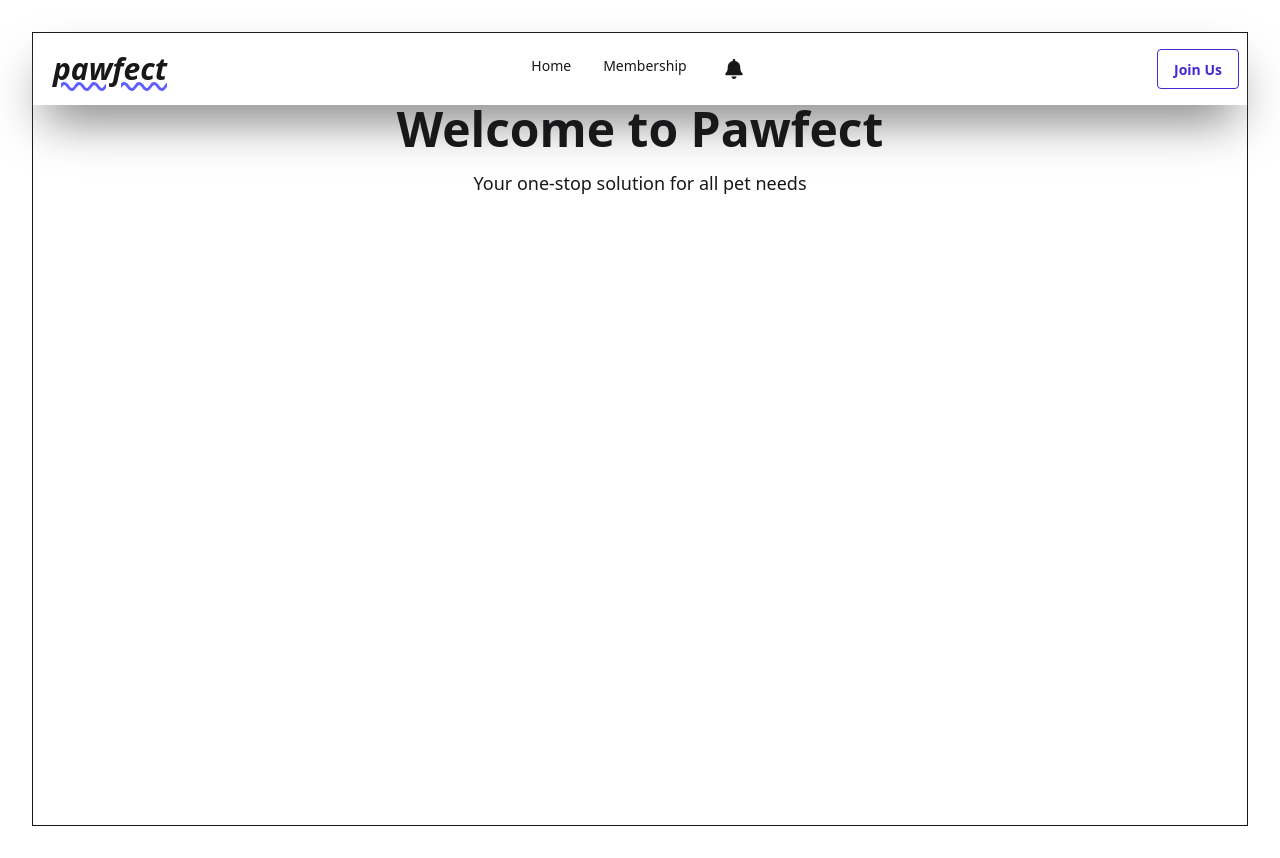
Repository: syedbayzid82849/DevForum_client_site
Page: /
An editor plug-in stored every save of this project. The page is shown before and after the next save, followed by the edit.
The browser window is 1280 px wide. The pictures show the whole page.
The project was rebuilt for these pictures with package versions that can differ from the ones it lists, and the page was loaded fresh each time. Also part of the build but not shown: vite.config.js, src/App.jsx, src/components/Navbar/JoinUsModal.jsx, src/pages/Authentication/Login.jsx, src/pages/Authentication/AuthLayout.jsx, src/pages/Authentication/Register.jsx.

Above is the page before, as saved 2025-07-08 22:50:53.

### src/main.jsx
import { StrictMode } from 'react'
import { createRoot } from 'react-dom/client'
import './index.css'
import App from './App.jsx'
import { RouterProvider } from 'react-router'
import router from './Routers/router.jsx'
import AuthProvider from './context/AuthProvider.jsx'

createRoot(document.getElementById('root')).render(
  <StrictMode>
    <AuthProvider>
      <RouterProvider router={router} />
    </AuthProvider>
  </StrictMode>,
)

### src/Routers/router.jsx
import React from 'react';
import { createBrowserRouter } from 'react-router';
import MainLayout from '../layouts/MainLayout/MainLayout';
import Login from '../pages/Authentication/Login';
import Home from '../pages/Home/Home';
import AuthLayout from '../pages/Authentication/AuthLayout';
import Register from '../pages/Authentication/Register';

const router = createBrowserRouter([
    {
        path: "/",
        element: <MainLayout></MainLayout>,
        children: [
            {
                index: true,
                element: <Home />,
            },
        ],
    },
    {
        path: "/",
        element: <AuthLayout />,
        children: [
            {
                path: "/login",
                element: <Login />,
            },
            {
                path: "/register",
                element: <Register />,
            },
        ],
    },
]);

export default router;

### src/context/AuthProvider.jsx
import React, { useEffect, useState } from 'react';
import { createUserWithEmailAndPassword, GithubAuthProvider, GoogleAuthProvider, onAuthStateChanged, signInWithEmailAndPassword, signInWithPopup, signOut, updateProfile } from "firebase/auth";
import { AuthContext } from '../context/AuthContext';
import { auth } from '../firebase/firebase.init';


const AuthProvider = ({ children }) => {
    const provider = new GoogleAuthProvider();
    // loading
    const [loading, setLoading] = useState(true);
    // user chack
    const [user, setUser] = useState(null);
    console.log(user);

    // create user with name, email, password, photoURL
    const createUserWithEP = (email, password) => {
        setLoading(true);
        return createUserWithEmailAndPassword(auth, email, password)
    }

    // log in user with email and password
    const loginUserWithEP = (email, password) => {
        setLoading(true);
        return signInWithEmailAndPassword(auth, email, password)
    }

    // sign in with google
    const userWithGoogle = () => {
        setLoading(true);
        return signInWithPopup(auth, provider)
    }


    // update user profile (new function)
    const updateUserProfile = (name, photo) => {
        setLoading(true);
        return updateProfile(auth.currentUser, {
            displayName: name,
            photoURL: photo
        });
    }

    // sign out user
    const signOutUser = () => {
        setLoading(true);
        return signOut(auth);
    }

    // // get all courses from the server
    // const getAllCourses = () => {
    //     setLoading(true);
    //     return axios.get('https://academix-hub-server.vercel.app/all-course')
    //         .then(response => {
    //             setLoading(false);
    //             return response.data;
    //         })
    //         .catch(error => {
    //             console.error("Error fetching courses:", error);
    //             throw error;
    //         });
    // }

    // user check
    useEffect(() => {
        const unsubscribe = onAuthStateChanged(auth, (currentUser) => {
            setUser(currentUser);
            setLoading(false);
        });
        return () => unsubscribe();
    }, []);



    const authInformation = {
        user,
        setUser,
        loading,
        setLoading,
        createUserWithEP,
        loginUserWithEP,
        userWithGoogle,
        updateUserProfile,
        signOutUser,
    };
    return (
        <AuthContext.Provider value={authInformation}>
            {children}
        </AuthContext.Provider>
    );
};

export default AuthProvider;

### src/layouts/MainLayout/MainLayout.jsx
import React from 'react';
import Navbar from '../../components/Navbar/Navbar';
import { Outlet } from 'react-router';

const MainLayout = () => {
    return (
        <div className=" mx-auto flex flex-col border">
            <Navbar />

            <main className="flex-1">
                <Outlet />
            </main>

            {/* <Footer /> */}
        </div>
    );
};

export default MainLayout;

### src/pages/Home/Home.jsx
import React from 'react';
import HeroSection from './HeroSection';

const Home = () => {
    return (
        <div className='min-h-screen max-w-7xl mx-auto flex flex-col px-4 lg:px-7 '>
            <HeroSection />
        </div>
    );
};

export default Home;

### src/firebase/firebase.init.js
// Import the functions you need from the SDKs you need
import { initializeApp } from "firebase/app";
import { getAuth } from "firebase/auth";

// TODO: Add SDKs for Firebase products that you want to use
// https://firebase.google.com/docs/web/setup#available-libraries

// Your web app's Firebase configuration
const firebaseConfig = {
    apiKey: import.meta.env.VITE_apiKey, // Use VITE_ prefix for environment variables in Vite
    authDomain: import.meta.env.VITE_authDomain, // Use VITE_ prefix for environment variables in Vite
    projectId: import.meta.env.VITE_projectId, // Use VITE_ prefix for environment variables in Vite
    storageBucket: import.meta.env.VITE_storageBucket, // Use VITE_ prefix for environment variables in Vite
    messagingSenderId: import.meta.env.VITE_messagingSenderId, // Use VITE_ prefix for environment variables in Vite
    appId: import.meta.env.VITE_appId // Use VITE_ prefix for environment variables in Vite
};

// Initialize Firebase
const app = initializeApp(firebaseConfig);


// Initialize Firebase Authentication and get a reference to the service
export const auth = getAuth(app);

### src/components/Navbar/Navbar.jsx
import { Link, NavLink } from "react-router";
import { FaBell, FaBars } from "react-icons/fa";
import { FiLogOut } from "react-icons/fi";
import { MdDashboard } from "react-icons/md";
import JoinUsModal from "./JoinUsModal";
import React, { useContext } from "react";
import { AuthContext } from "../../context/AuthContext";

const Navbar = () => {
    const { user , logOut } = useContext(AuthContext);
    // logout system
    const handleLogOut = () => {
        console.log("Logout clicked");
        logOut();
    };
    const navItems = (
        <>
            <li>
                <NavLink to="/" className="font-medium">Home</NavLink>
            </li>
            <li>
                <NavLink to="/membership" className="font-medium">Membership</NavLink>
            </li>
            {user && (
                <>
                    <li>
                        <NavLink to="/dashboard" className="font-medium flex items-center gap-1">
                            <MdDashboard />
                            Dashboard
                        </NavLink>
                    </li>
                    <li>
                        <button onClick={() => handleLogOut()} className="font-medium flex items-center gap-1">
                            <FiLogOut />
                            Logout
                        </button>
                    </li>
                </>
            )}
            <li>
                <button className="btn btn-ghost text-xl">
                    <FaBell />
                </button>
            </li>
        </>
    );
    const [isModalOpen, setIsModalOpen] = React.useState(false);


    return (
        <>
            <div className="bg-base-100 w-full  shadow-2xl shadow-neutral-500 ">
                <div className="navbar max-w-7xl mx-auto ">

                    {/* Navbar Start */}
                    <div className="navbar-start flex items-center gap-2">
                        {/* Hamburger Menu (Mobile only) */}
                        <div className="dropdown">
                            <div tabIndex={0} className="btn btn-ghost pl-2 lg:hidden">
                                <FaBars className="text-xl" />
                            </div>
                            <ul
                                tabIndex={0}
                                className="menu menu-sm dropdown-content mt-3 z-[50] p-3 shadow bg-base-100 rounded-box w-52 space-y-1"
                            >
                                {navItems}
                            </ul>
                        </div>

                        {/* Logo - large screen only */}
                        <Link to="/" className="hidden lg:flex justify-center items-center ml-1">
                            <span className="text-3xl font-semibold italic underline decoration-wavy decoration-indigo-500">
                                pawfect
                            </span>
                        </Link>
                    </div>

                    {/* Logo - small screen only */}
                    <div className="navbar-center lg:hidden">
                        <Link to="/" className="ml-2">
                            <span className="text-3xl font-semibold italic underline decoration-wavy decoration-indigo-500">
                                pawfect
                            </span>
                        </Link>
                    </div>

                    {/* Large screen nav menu */}
                    <div className="navbar-center hidden lg:flex">
                        <ul className="menu menu-horizontal px-1 space-x-2">{navItems}</ul>
                    </div>

                    {/* Navbar End - Profile Dropdown */}
                    <div className="navbar-end">
                        {user ? (
                            // Logged-in view: show profile dropdown
                            <div className="dropdown dropdown-end">
                                <div tabIndex={0} className="btn btn-circle avatar online">
                                    <img
                                        src={user.photoURL || "/src/assets/user-default.jpg"}
                                        alt="Profile"
                                        className="rounded-full w-10 h-10"
                                    />
                                </div>
                                <ul
                                    tabIndex={0}
                                    className="mt-3 z-[50] p-2 shadow menu menu-sm dropdown-content bg-base-100 rounded-box w-52"
                                >
                                    <li>
                                        <p className="text-sm text-center font-semibold">
                                            {user.displayName}
                                        </p>
                                    </li>
                                    <li>
                                        <Link to="/dashboard">
                                            <MdDashboard />
                                            Dashboard
                                        </Link>
                                    </li>
                                    <li>
                                        <button onClick={() => handleLogOut()} className="flex items-center gap-1">
                                            <FiLogOut />
                                            Logout
                                        </button>
                                    </li>
                                </ul>
                            </div>
                        ) : (
                            // Not logged in: show Join Us button
                            <button
                                onClick={() => setIsModalOpen(true)}
                                className="btn btn-outline btn-primary ">
                                Join Us
                            </button>
                        )}
                    </div>
                </div>
            </div>
            {/* Join Us Modal */}
            {isModalOpen && <JoinUsModal closeModal={() => setIsModalOpen(false)} />}
        </>
    );
};

export default Navbar;

### src/pages/Home/HeroSection.jsx
import React from 'react';

const HeroSection = () => {
    return (
        <div>
            <h1 className="text-5xl font-bold">Welcome to Pawfect</h1>
            <p className="mt-4 text-lg">Your one-stop solution for all pet needs</p>
        </div>
    );
};

export default HeroSection;

Loaded but not shown: index.html (common file); src/index.css (common file); src/App.css (common file); src/context/AuthContext.jsx (common file)

After the next save:
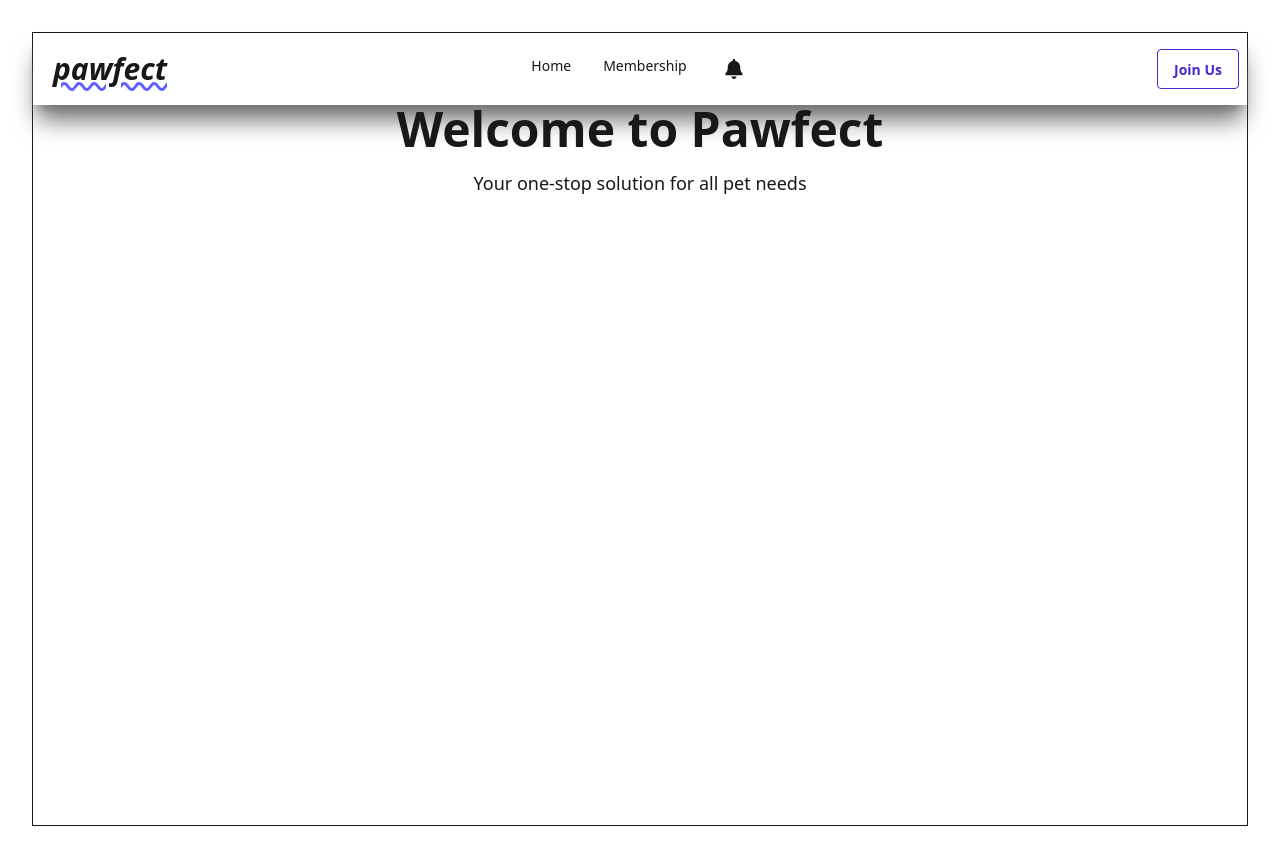
Saved 18 s later.
--- a/src/components/Navbar/Navbar.jsx
+++ b/src/components/Navbar/Navbar.jsx
@@ -49,7 +49,7 @@ const Navbar = () => {
 
     return (
         <>
-            <div className="bg-base-100 w-full  shadow-2xl shadow-neutral-500 ">
+            <div className="bg-base-100 w-full  shadow-xl shadow-neutral-500 ">
                 <div className="navbar max-w-7xl mx-auto ">
 
                     {/* Navbar Start */}
